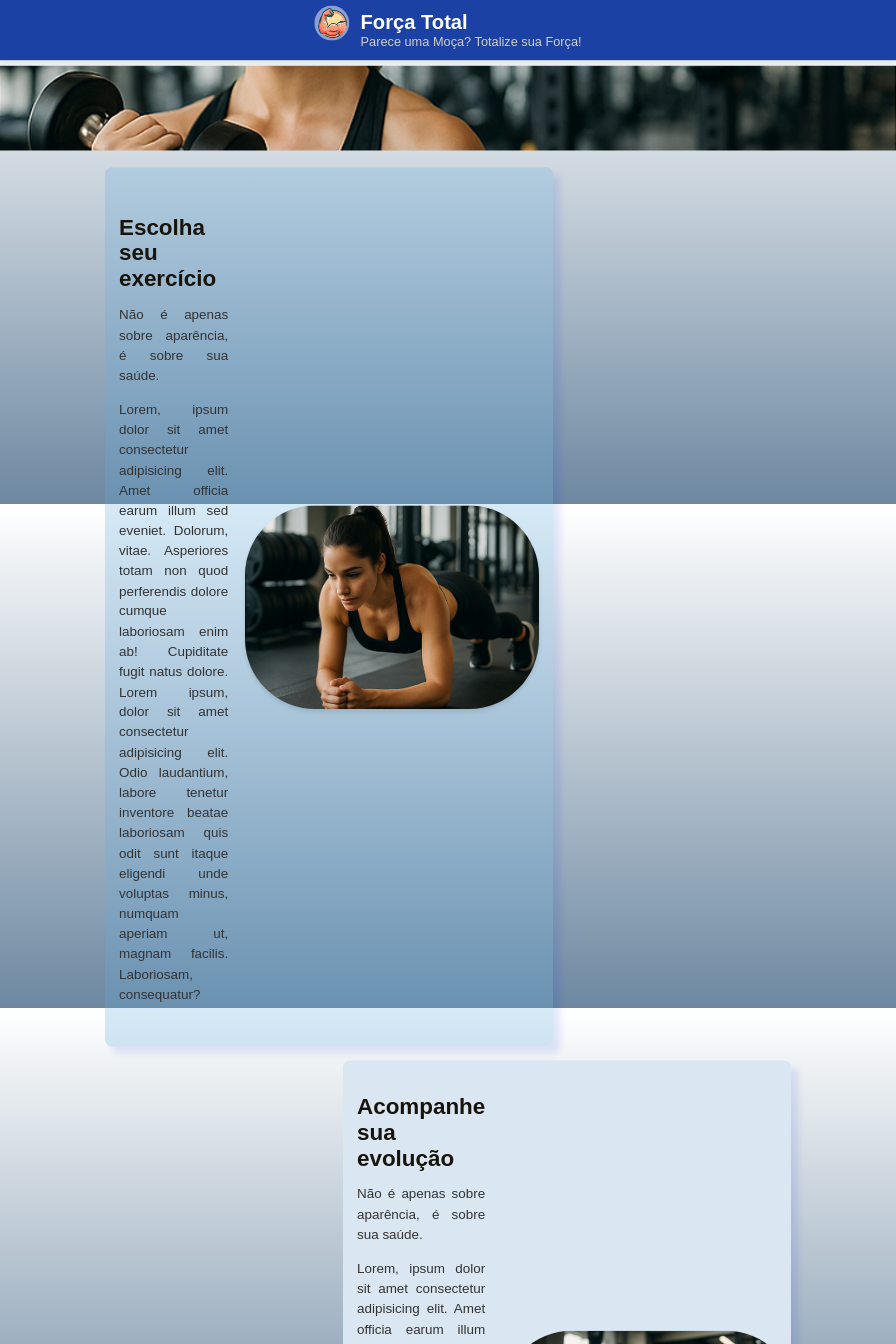
Repository: LuidyOn/Site_Forca_Total
Page: ForçaTotal/index.html
The author's editor kept a copy of each file at every save. The page is drawn from the files as they stood at one save, then again after the next save.
The browser window is 1280 px wide. The pictures show the part of the page from y = 0 to 1920 px (the page is 3984 px tall), at 70% of full size.
Backgrounds fixed to the window are drawn as part of the page.

Above is the page before, as saved 2025-05-19 14:19:26.
Not found: ForçaTotal/js/script.js

After the next save:
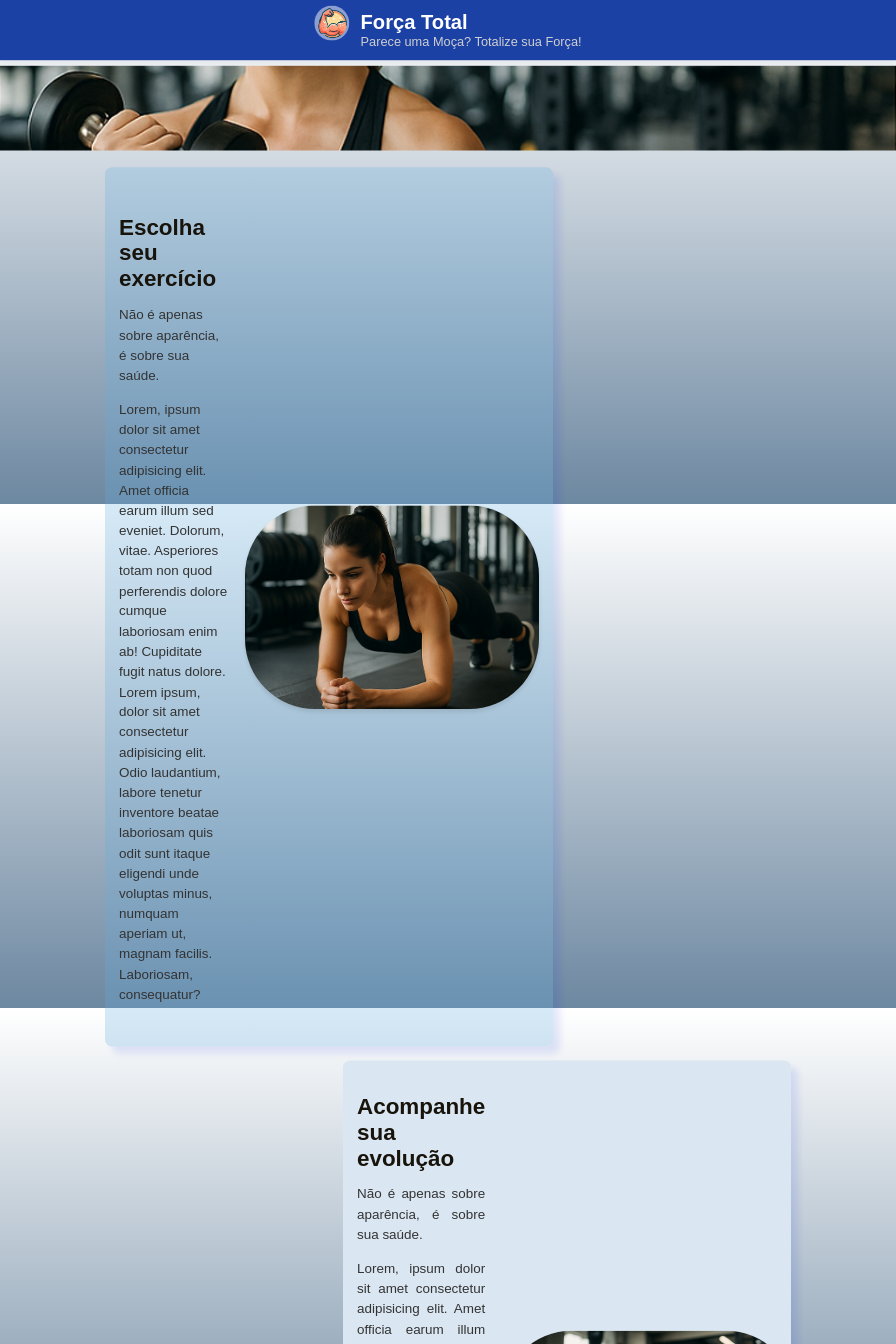
Saved 82 s later.
--- a/ForçaTotal/css/style.css
+++ b/ForçaTotal/css/style.css
@@ -104,8 +104,6 @@ section {
   display: block;
   align-items: center;
   justify-content: space-between;
-  display: flex;
-  text-align: justify;
 }
 
 .variacao {
